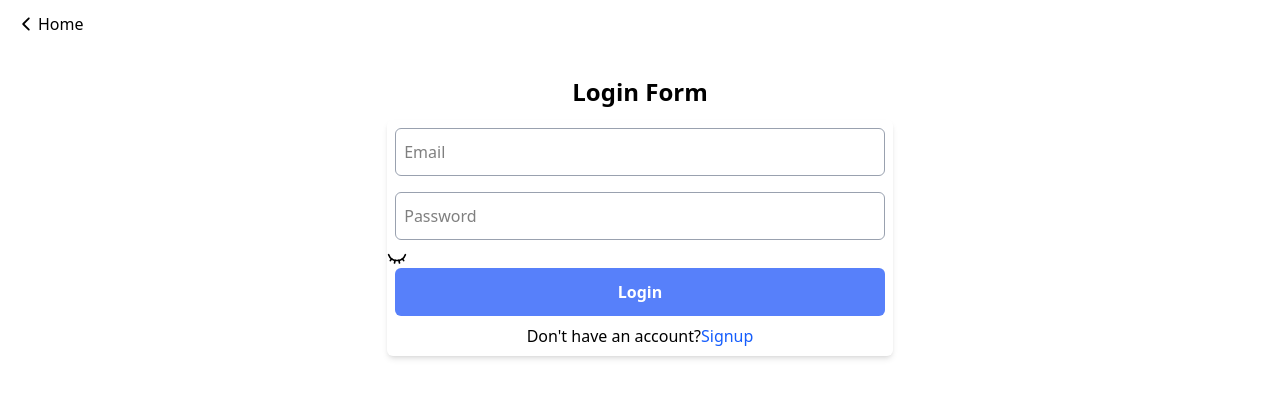
Repository: GAURAV-KUMAR22/restro-food-order-app
Page: /admin (app in qr-app/)
These files come from the project's save history. The page is drawn as it stood at one moment and after the next save; the edit follows.
The browser window is 1280 px wide. The pictures show the whole page.
The page's requests for data from a server got no answer. The project was rebuilt for these pictures with package versions that can differ from the ones it lists, and the page was loaded fresh each time. No one was signed in, and anything a server would have sent is missing. Also part of the build but not shown: qr-app/vite.config.js, qr-app/src/components/CardItem.jsx, qr-app/src/Services/PublicAxios.js, qr-app/src/components/CardDetails.jsx, qr-app/src/components/Client/CategoryCard.jsx, qr-app/src/Services/Socket.js, qr-app/src/components/Client/OrderStatusCard.jsx, qr-app/src/components/Client/SearchInput.jsx and 35 more.

Above is the page before, as saved 2025-06-11 16:42:09.

### qr-app/index.html
<!DOCTYPE html>
<html lang="en">
  <head>
    <meta charset="UTF-8" />
    <link rel="icon" type="image/svg+xml" href="/vite.svg" />
    <meta name="viewport" content="width=device-width, initial-scale=1.0" />
    <title>Vite + React</title>
    <style>
      @import url("https://fonts.googleapis.com/css2?family=Inter:ital,opsz,wght@0,14..32,100..900;1,14..32,100..900&display=swap");
    </style>
  </head>
  <body>
    <div id="root"></div>
    <script type="module" src="/src/main.jsx"></script>
  </body>
</html>

### qr-app/src/main.jsx
import React, { StrictMode } from "react";
import { createRoot } from "react-dom/client";
import "./index.css";
import App from "./App.jsx";
import { BrowserRouter } from "react-router-dom";
import { Provider } from "react-redux";
import store from "./Store/store.js";
import { AuthProvider } from "../Context/AuthProvider";

createRoot(document.getElementById("root")).render(
  // <StrictMode>
  <BrowserRouter>
    <Provider store={store}>
      <AuthProvider>
        <App />
      </AuthProvider>
    </Provider>
  </BrowserRouter>
  // </StrictMode>,
);

### qr-app/src/index.css
@import "tailwindcss";
.coverimg {
  background: url('/public/assets.image1.png');
}

### qr-app/src/App.jsx
import React, { useEffect } from "react";
import ScrollToTop from "./components/ScrollToTop";
import QrCode from "react-qr-code";
import { Suspense, lazy } from "react";
import { Route, Routes } from "react-router-dom";
import "./App.css";
import { ProtectedRoutes } from "./Services/ProtectedRoutes";
import { Home } from "./Pages/Clients/Home";
import { CartPage } from "./Pages/Clients/CartPage";
import { Category as FoodCategory } from "./Pages/Clients/Category";
import { PaymentsMethod } from "./Pages/Clients/PaymentsMethod";
import { DashBoardPage } from "./Pages/Admin/DashBoardPage";
import { NewProduct } from "./Pages/Admin/NewProduct";
import { NewCategory } from "./Pages/Admin/NewCategory";
import { Category } from "./Pages/Admin/Category";
import { OrderSuccess } from "./Pages/Clients/Order-Success";
import { Signup } from "./Pages/Auth/Signup";
import { Login } from "./Pages/Auth/Login";
import { UserInfo } from "./Pages/Clients/UserInfo";
import { PaymentPage } from "./Pages/Clients/PaymentPage";
import { OrderUpdate } from "./Pages/Admin/OrderUpdate";
import { TotalSale } from "./Pages/Admin/TotalSale";
import { GraphicalPage } from "./Pages/Admin/GraphicalPage";
import { ProductsDetails } from "./Pages/Clients/ProductsDetails";
import { CategoryView } from "./Pages/Admin/CategoryView";
import { TodayOrderStat } from "./Pages/Admin/TodayOrderStat";
import { io } from "socket.io-client";
import { useAuth } from "../Context/AuthProvider";

import { Toaster } from "react-hot-toast";
import { ShopDetails } from "./Pages/ShopDetails";
import { SuperAdminSignup } from "./Pages/Auth/SuperAdminSignup";
import { DashBoard } from "./Pages/SuperAdmin/DashBoard";
import { SuperAdminLogin } from "./Pages/Auth/SuperAdminLogin";
import { AllAdmin } from "./Pages/SuperAdmin/AllAdmin";
import { PendingAdmins } from "./Pages/SuperAdmin/PendingAdmins";

const backendUrl =
  import.meta.env.VITE_MODE === "Production"
    ? import.meta.env.VITE_BACKEND_PROD
    : import.meta.env.VITE_BACKEND_DEV;

const socket = io(backendUrl);
function App() {
  const { isAuthenticated } = useAuth();

  useEffect(() => {
    const handleConnect = () => {};

    const handleDisconnect = () => {};

    socket.on("connect", handleConnect);
    socket.on("disconnect", handleDisconnect);

    return () => {
      socket.off("connect", handleConnect);
      socket.off("disconnect", handleDisconnect);
    };
  }, []);

  return (
    <div className="box-border">
      <QrCode
        value="https://food-order-app-1-jddi.onrender.com/"
        className="hidden"
      />
      <ScrollToTop />

      <Suspense
        fallback={
          <div className="m duration-400 x-auto my-auto w-[98%] animate-pulse">
            <div>
              <div className="mb-4 h-[250px] rounded-lg bg-gray-400"></div>
            </div>
            <div className="mb-4 h-[30px] w-full rounded bg-gray-400"></div>
            <div className="mb-8 flex gap-4">
              {[...Array(5)].map((_, i) => (
                <div
                  key={i}
                  className="h-[180px] w-[170px] rounded-2xl bg-gray-400"
                ></div>
              ))}
            </div>
            <div className="mb-4 flex gap-4">
              {[...Array(5)].map((_, i) => (
                <div
                  key={i}
                  className="h-[180px] w-[170px] rounded-2xl bg-gray-400"
                ></div>
              ))}
            </div>
            <div className="mb-4 h-[35px] w-full rounded bg-gray-400"></div>
            <div className="mb-4 h-[35px] w-full rounded bg-gray-400"></div>
          </div>
        }
      >
        <Routes className="min-w-[375px] h-auto">
          {/* SuperAdmin */}

          <Route path="/signup/superadmin" element={<SuperAdminSignup />} />
          <Route path="/login/superadmin" element={<SuperAdminLogin />} />
          <Route path="/superAdmin" element={<DashBoard />} />
          <Route path="/superAdmin/admin-list" element={<AllAdmin />} />
          <Route path="/superAdmin/pending-admin" element={<PendingAdmins />} />

          {/* Client */}
          <Route index element={<ShopDetails />} />
          <Route path="/login" element={<Login />} />
          <Route path="/signup" element={<Signup />} />
          {/* Default for /shop/:shop */}
          <Route path="/shop/:shopId">
            <Route index element={<Home />} /> {/* Default for /shop/:shop */}
            <Route path="user-info" element={<UserInfo />} />
            <Route path="product/:id" element={<ProductsDetails />} />
            <Route path="cart" element={<CartPage />} />
            <Route path="cart-bill" element={<PaymentsMethod />} />
            <Route path=":category" element={<FoodCategory />} />
            <Route path="payment" element={<PaymentPage />} />
            <Route path="order-success" element={<OrderSuccess />} />
          </Route>
          {/* Admin Protected Routes */}
          <Route path="/" element={<ProtectedRoutes />} className="box-border">
            <Route index path="/admin" element={<DashBoardPage />} />
            <Route path="/admin/createProduct" element={<NewProduct />} />
            <Route path="/admin/Category" element={<Category />} />
            <Route path="/admin/newCategory" element={<NewCategory />} />
            <Route path="/admin/:category" element={<CategoryView />} />
            <Route path="/admin/pending-orders" element={<OrderUpdate />} />
            <Route path="/admin/totelsale" element={<TotalSale />} />
            <Route path="/admin/data-visualize" element={<GraphicalPage />} />
            <Route path="/admin/today-orders" element={<TodayOrderStat />} />
          </Route>
        </Routes>
      </Suspense>
      <Toaster />
    </div>
  );
}

export default App;

### qr-app/src/Store/store.js
import { configureStore } from "@reduxjs/toolkit";
import cartSlice from "../Redux/Cart/index.js";
import authReducers from "../Redux/Fetures/authSlice.js";
const store = configureStore({
  reducer: {
    cart: cartSlice,
    auth: authReducers,
  },
});
export default store;

### qr-app/Context/AuthProvider.jsx
import React, { createContext, useContext, useEffect, useState } from "react";
import PrivateAxios from "../src/Services/PrivateAxios.js";
import { LoaderCircle } from "lucide-react";
import { useSelector } from "react-redux";

const AuthContext = createContext();

export const AuthProvider = ({ children }) => {
  const [isAuthenticated, setAuthenticated] = useState(false);
  const [loading, setLoading] = useState(true);
  const token = useSelector((state) => state.auth.token);

  if (token) {
    return setAuthenticated(true);
  }
  useEffect(() => {
    const checkAuth = async () => {
      try {
        setLoading(true);
        const res = await PrivateAxios.get("/auth/check");
        if (res.status === 200) {
          setAuthenticated(res.data.authenticated);
        }
        setLoading(false);
      } catch {
        setAuthenticated(false);
      } finally {
        setLoading(false);
      }
    };

    checkAuth();
  }, []);

  if (loading)
    return (
      <div className="flex justify-center items-center">
        <LoaderCircle size={45} />
      </div>
    );

  return (
    <AuthContext.Provider value={{ isAuthenticated, setAuthenticated }}>
      {children}
    </AuthContext.Provider>
  );
};

export const useAuth = () => useContext(AuthContext);

### qr-app/src/components/ScrollToTop.jsx
// ScrollToTop.jsx
import { useEffect } from "react";
import { useLocation } from "react-router-dom";

const ScrollToTop = () => {
    const { pathname } = useLocation();

    useEffect(() => {
        // Scrolls to top whenever pathname changes
        window.scrollTo(0, 0);
    }, [pathname]);

    return null;
};

export default ScrollToTop;

### qr-app/src/Services/ProtectedRoutes.jsx
import React from "react";
import { Navigate, Outlet } from "react-router-dom";
import { useAuth } from "../../Context/AuthProvider";
import { Loader } from "lucide-react";

export const ProtectedRoutes = () => {
  const { isAuthenticated } = useAuth();

  if (isAuthenticated === false) return <Navigate to="/login" />;
  if (isAuthenticated === null)
    return (
      <p className="flex justify-center items-center">
        <Loader size={45} />
      </p>
    );

  return <Outlet />;
};

### qr-app/src/Pages/Auth/Login.jsx
import React, { useState } from "react";
import { Link, useNavigate } from "react-router-dom";
import PrivateAxios from "../../Services/PrivateAxios";
import { ReverseButton } from "../../components/Client/ReverseButton";
import { useAuth } from "../../../Context/AuthProvider";
import toast from "react-hot-toast";
import { useDispatch } from "react-redux";
import { loginSuccess } from "../../Redux/Fetures/authSlice";
import { EyeClosed } from "lucide-react";

export const Login = () => {
  const { setAuthenticated } = useAuth();
  const naviagate = useNavigate();
  const [form, setForm] = useState({
    email: "",
    password: "",
  });

  const dispatch = useDispatch();

  const [error, setErrors] = useState({});

  const validate = () => {
    const formError = {};

    const emailRegex = /^[a-zA-Z0-9._%+-]+@[a-zA-Z0-9-]+(?:\.[a-zA-Z]{2,})+$/;

    if (!emailRegex.test(form.email)) {
      formError.email = "Email is required and must me correct";
    }
    const passwordRezax =
      /(?=.*[A-Z])(?=.*[a-z])(?=.*\d)(?=.*[@*$%&+=!]).{8,}$/;

    if (!passwordRezax.test(form.password)) {
      formError.password =
        "Password must be Atleat one Uppercase later and one lowerCase and one symbol";
    }
    setErrors(formError);

    return Object.keys(formError).length === 0;
  };

  async function handleForm(e) {
    e.preventDefault();
    if (validate()) {
      const resoponce = await PrivateAxios.post("/auth/login", form);
      if (resoponce.status !== 200) {
        throw new Error({ message: "Respocne Failed" });
      }

      if (resoponce.data.content.isApproved === false) {
        return toast.error("You are not approved for this Service");
      }
      dispatch(loginSuccess({ token: resoponce.data.token }));
      setAuthenticated(true);
      naviagate("/admin");
    }
  }

  function handleInput(e) {
    e.preventDefault();
    const { name, value } = e.target;
    setForm({ ...form, [name]: value });
  }
  return (
    <div className="min-w-[375px] ml-2 mr-2 h-full overflow-x-hidden items-center relative">
      <div className="mt-3">
        <ReverseButton
          route={"/"}
          routeName={"Home"}
          css={"flex justify-start"}
        />
      </div>
      <div className="mt-10 flex flex-col items-center">
        <h2 className="flex justify-center text-2xl font-semibold">
          Login Form
        </h2>
        <form
          onSubmit={handleForm}
          className="w-full sm:w-full md:w-[50%] lg:w-[40%] m-3 shadow-md rounded-md flex flex-col justify-center"
        >
          <div className="flex flex-col">
            <input
              type="email"
              name="email"
              placeholder="Email"
              className="m-2 border border-gray-400 pl-2 h-12 rounded-md "
              onChange={handleInput}
            />
            {error.email && <p className="text-red-800">{error.email}</p>}
          </div>
          <div className="flex flex-col">
            <input
              type="password"
              name="password"
              placeholder="Password"
              required
              className="m-2 border border-gray-400 pl-2 h-12 rounded-md "
              onChange={handleInput}
            />
            <EyeClosed size={20} />
            {error.password && (
              <p className="text-red-800 text-center">{error.password}</p>
            )}
          </div>
          <div className="ml-2 mr-2">
            <button
              type="submit"
              className="w-full bg-[#5780FA]  text-white font-semibold h-12 rounded-md hover:bg-blue-600 transition duration-300"
            >
              Login
            </button>
          </div>

          <p className="m-2 flex justify-center">
            {" "}
            Don't have an account?{" "}
            <Link to={"/signup"} className="text-blue-600">
              Signup
            </Link>{" "}
          </p>
        </form>
      </div>
    </div>
  );
};

### qr-app/src/Redux/Cart/index.js
import { createSlice } from "@reduxjs/toolkit";

// Helper to load cart from localStorage
const getInitialCart = () => {
  const storedCart = localStorage.getItem("cart");
  return storedCart ? JSON.parse(storedCart) : [];
};

export const cartSlice = createSlice({
  name: "cart",
  initialState: {
    cartItems: getInitialCart(), // Load initial cart state from localStorage
  },
  reducers: {
    addToCart: (state, action) => {
      const product = action.payload;
      const existingItem = state.cartItems.find(
        (item) => item._id === product._id
      );

      if (existingItem) {
        existingItem.quantity += 1;
      } else {
        state.cartItems.push({ ...product, quantity: 1 });
      }

      // Sync with localStorage
      localStorage.setItem("cart", JSON.stringify([...state.cartItems]));
    },

    incrementCart: (state, action) => {
      const item = state.cartItems.find((item) => item._id === action.payload);
      if (item) {
        item.quantity += 1;
        localStorage.setItem("cart", JSON.stringify([...state.cartItems]));
      }
    },

    removeFromCart: (state, action) => {
      const productId = action.payload;
      const existingItem = state.cartItems.find(
        (item) => item._id === productId
      );

      if (existingItem) {
        if (existingItem.quantity > 1) {
          existingItem.quantity -= 1;
        } else {
          state.cartItems = state.cartItems.filter(
            (item) => item._id !== productId
          );
        }
        localStorage.setItem("cart", JSON.stringify([...state.cartItems]));
      }
    },

    updateQuantity: (state, action) => {
      const { id, quantity } = action.payload;
      const itemIndex = state.cartItems.findIndex((item) => item._id === id);

      if (itemIndex !== -1) {
        if (quantity === 0) {
          state.cartItems.splice(itemIndex, 1); // Remove item
        } else {
          state.cartItems[itemIndex].quantity = quantity; // Update quantity
        }
      }

      localStorage.setItem("cart", JSON.stringify([...state.cartItems]));
    },

    clearCart: (state) => {
      state.cartItems = [];
      localStorage.removeItem("cart");
    },

    loadCartFromLocalStorage: (state) => {
      const storedCart = localStorage.getItem("cart");
      if (storedCart) {
        state.cartItems = JSON.parse(storedCart);
      }
    },

    syncCartFromLocalStorage: (state) => {
      const cart = localStorage.getItem("cart");
      state.cartItems = cart ? JSON.parse(cart) : [];
    },
  },
});

export const {
  addToCart,
  removeFromCart,
  incrementCart,
  loadCartFromLocalStorage,
  clearCart,
  syncCartFromLocalStorage,
  updateQuantity,
} = cartSlice.actions;

export default cartSlice.reducer;

### qr-app/src/Redux/Fetures/authSlice.js
import { createSlice } from "@reduxjs/toolkit";

const initialState = {
  token: null,
  user: null,
};

const authSlice = createSlice({
  name: "autt",
  initialState,
  reducers: {
    loginSuccess: (state, action) => {
      state.token = action.payload.token;
      state.user = action.payload.user;
    },

    logout: (state) => {
      state.token = null;
      state.user = null;
    },
  },
});

export const { loginSuccess, logout } = authSlice.actions;
export default authSlice.reducer;

### qr-app/src/Services/PrivateAxios.js
import axios from "axios";

const PrivateAxios = axios.create({
  baseURL: `${
    import.meta.env.VITE_MODE === "Production"
      ? import.meta.env.VITE_BACKEND_PROD
      : import.meta.env.VITE_BACKEND_DEV
  }/api/v1`,
  headers: {
    "Content-Type": "application/json",
  },
  withCredentials: true, // ✅ Required for sending cookies with requests
});

PrivateAxios.interceptors.request.use(
  (response) => response,
  (error) => {
    if (error.response?.status === 401) {
      console.warn("Unauthorized. Possibly invalid or expired session.");
      // Optional: redirect to login or clear local app state
      // window.location.href = "/login";
    }
    return Promise.reject(error);
  }
);

export default PrivateAxios;

### qr-app/src/Pages/Clients/Home.css
* {
  box-sizing: border-box;
}

.hide-scrollbar::-webkit-scrollbar {
  display: none;
}
.hide-scrollbar {
  -ms-overflow-style: none; /* IE and Edge */
  scrollbar-width: none; /* Firefox */
}

.search-container {
  margin: 16px;
  position: static;
  width: 343;
  height: 78;
  top: 224px;
  left: 16px;
  gap: 12px;
}

.search-container p {
  text-align: center;
}

.search-input {
  width: 343px;
  height: 40px;
  gap: 4px;
  border-radius: 8px;
  padding-top: 10px;
  padding-right: 16px;
  padding-bottom: 10px;
  padding-left: 16px;
  border-width: 1px;
  text-align: center;
  border: 1px solid #cdd6de;
}

.food-items {
  display: flex;
  margin: 10px 0 10px 10px;
  overflow-x: scroll;
  gap: 10px;
}

.item-card {
  width: 62px;
  height: 82px;
  gap: 2px;
  text-align: center;
}

.item-card p {
  width: 62;
  height: 18;
  font-family: Inter;
  font-weight: 500;
  font-size: 11px;
  line-height: 17.6px;
  letter-spacing: -0.4%;
  text-align: center;
  padding-left: 2px;
}

.best-seller-item {
  margin: 10px;
}

.detail-card {
  min-width: 140px;
  max-height: 140px;
  gap: 4px;
  border-radius: 16px;
  padding: 8px;
  margin-bottom: 10px;
  background: #ffffff;
  overflow-x: scroll;
  margin: 5px;
}

.detail-card img {
  /* width: 90; */
  height: 65;
  justify-content: center;
  align-items: center;
  display: flex;
  text-align: center;
}

.detail-card-head {
  display: flex;
  gap: 80px;
  margin-top: 10px;
  justify-content: space-between;
}

.cardList {
  display: flex;
  gap: 4px;
}

.detail-card h3 p {
  width: 108px;
  height: 23px;
  font-family: Inter;
  font-weight: 500;
  font-size: 14px;
  line-height: 22.4px;
  letter-spacing: -1%;
  background: #000000;
}

.burger-item-list {
  width: 344px;
  height: 169px;
  justify-content: space-between;
  display: flex;
  flex-wrap: wrap;
}

.detail-card button {
  width: 132px;
  height: 32px;
  gap: 10px;
  border-radius: 8px;
  padding-top: 4px;
  padding-right: 8px;
  padding-left: 8px;
  border-width: 1px;
  background: #f9d718;
  border: 1px solid #f9d718;
}

.detail-card-specil {
  width: 159px;
  height: 169px;
  padding-inline: 10px;
  border-radius: 16px;
  background: #ffffff;
  box-shadow: 0px 10px 20px 0px #adb3561a;
}

/* Burger Page */

.item-cards {
  display: flex;
  width: 375;
  height: 58;
  top: 44px;
  gap: 10px;
  padding-right: 21px;
  padding-bottom: 16px;
  padding-left: 21px;
}

.item-card a {
  display: flex;
  gap: 2px;
}

.burger-item-list {
  display: grid;
  align-content: flex-start;
  flex-wrap: wrap;
  top: 110px;
  left: 16px;
}

/* Orders page */

.order-container {
  background: #ffffff;
}

.orderDetils {
  width: 100%;
  min-width: 344;
  height: 12;
  justify-content: space-between;
  border-radius: 16px;
  padding: 8px;
}

.order-detils-card {
  display: flex;
  width: 344;
  height: 120;
  justify-content: space-between;
  border-radius: 16px;
  margin: 5px;
  background: #ffffff;
  box-shadow: 5px 5px rgba(235, 235, 240, 0.8);
}

.left {
  margin: 10px;
  width: 150;
  height: 94;
  gap: 16px;
}

.left h4 {
  width: 120px;
  height: 26px;
  font-family: Inter;
  font-weight: 550;
  font-size: 20px;
  line-height: 25.6px;
  letter-spacing: -1%;
}

.right {
  width: 102px;
  height: 130px;
  gap: 8px;
  margin: 6px;
}

.right img {
  width: 85;
  height: 64;
  object-fit: fill;
}

/* .order-quantityBtn {
    width: 100px;
    height: 32;
    justify-content: space-between;
    border-radius: 8px;
    padding: 5px;
    border-width: 1px;
    display: flex;
    margin-inline: 10px;
    background-color: #F9D718;
    margin-inline: 10px;
    gap: 10px;

} */

/*
.order-quantityBtn p {
    display: flex;
    align-items: center;
    justify-content: center;
} */

/* .order-quantityBtn img {
    justify-content: center;
    align-items: center;
    width: 50px;
} */

.order-calc div {
  justify-content: space-between;
  margin: 16px;
  display: flex;
  width: 343;
  height: 128;
  top: 558px;
  left: 16px;
  gap: 16px;
}

.order-btn {
  /* position: unset;
    margin-left: 14px;
    display: flex;
    width: 99%;
    margin-right: 30px;
    height: 40px;
    top: 731px;
    left: 16px;
    gap: 10px; */
  margin: 0 auto;
  width: 90%;
  border-radius: 8px;
  border-width: 1px;
  padding-top: 4px;
  padding-right: 8px;
  padding-bottom: 4px;
  padding-left: 8px;
  background: #f9d718;
  border: 1px solid #ae9507;
  box-shadow: 0px 10px 20px 0px #0000001a;
}

.payment-method {
  width: 343;
  height: 560;
  top: 68px;
  left: 16px;
  gap: 8px;
}

.payment-method p {
  width: 149;
  height: 23;
  font-family: Inter;
  font-weight: 400;
  font-size: 14px;
  line-height: 22.4px;
  letter-spacing: 0%;
  text-align: center;
}

.amount {
  justify-content: center;
  align-items: center;
  text-align: center;
}

/* Table styling */
.styled-table {
  width: 100%;
  font-family: Arial, sans-serif;
  border: none;
  max-height: 250px;
  justify-content: first baseline;
  align-content: first baseline;
}

.styled-table thead tr {
  text-align: left;
  padding: 10px;
  border-bottom: 1px solid black;
}

.styled-table td {
  padding: 10px;
  text-align: start;
}

.styled-table tbody tr:nth-child(even) {
  background-color: #f2f2f2;
}

.styled-table tbody tr:hover {
  background-color: #ddd;
}

.styled-table td:first-child {
  text-align: left;
  font-weight: bold;
}

.icCard {
  margin: 0 auto;
  align-items: center;
  justify-content: center;
  display: flex;
}

.star-icon:hover {
  color: inherit !important;
  transform: none !important;
}

### qr-app/src/components/Client/ReverseButton.jsx
import React from "react";
import { IoIosArrowBack } from "react-icons/io";
import { Link } from "react-router-dom";

export const ReverseButton = ({ route, routeName, css }) => {
  return (
    <Link
      className={`flex ${css} gap-[4px] items-center justify-start  ml-2 mt-2`}
      to={`${route}`}
    >
      <span className="w-[18px] h-[20px]">
        <IoIosArrowBack size={20} />
      </span>
      <span className="text-base font-medium capitalize"> {routeName} </span>
    </Link>
  );
};

Loaded but not shown: qr-app/src/App.css (common file)

After the next save:
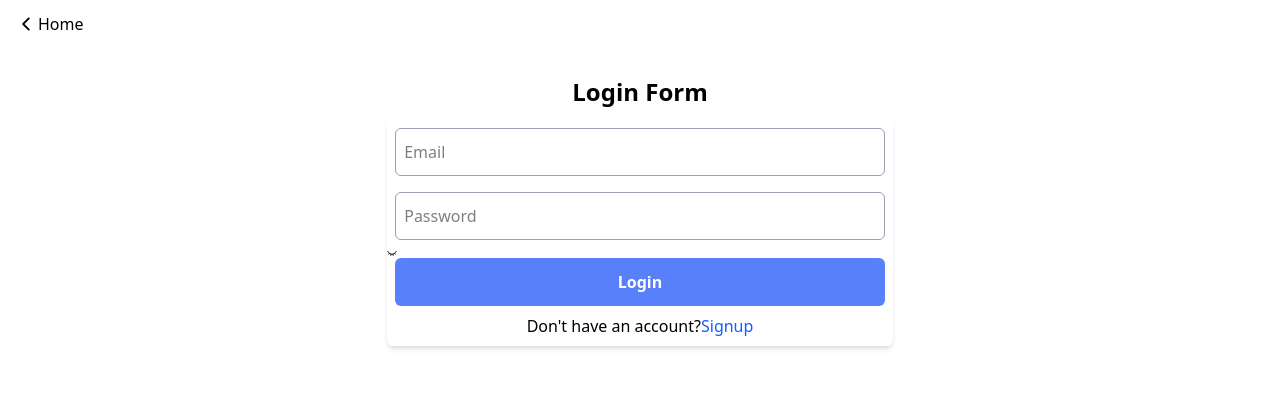
Saved 11 s later.
--- a/qr-app/src/Pages/Auth/Login.jsx
+++ b/qr-app/src/Pages/Auth/Login.jsx
@@ -98,7 +98,7 @@ export const Login = () => {
               className="m-2 border border-gray-400 pl-2 h-12 rounded-md "
               onChange={handleInput}
             />
-            <EyeClosed size={20} />
+            <EyeClosed size={10} />
             {error.password && (
               <p className="text-red-800 text-center">{error.password}</p>
             )}
